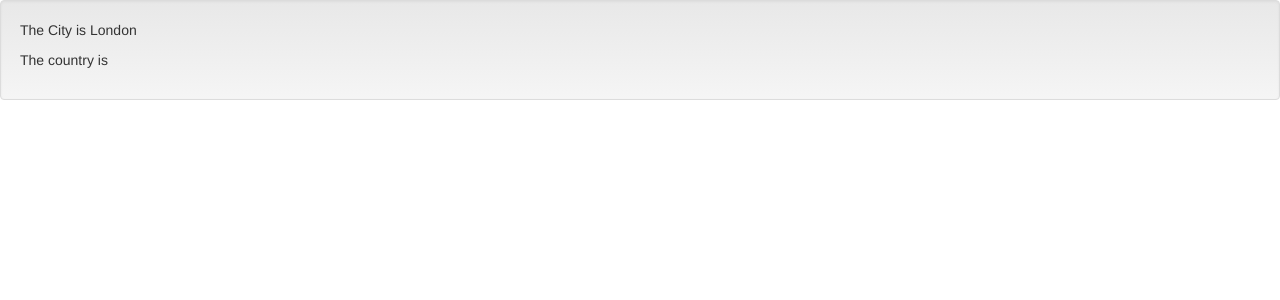
Repository: chisun-joung/workplace
Page: angularJS/WebContent/Chap13_Controller/P370_Controller.html
These files come from the project's save history. The page is drawn as it stood at one moment and after the next save; the edit follows.
The browser window is 1280 px wide. The pictures show the whole page.
Some web libraries are served in a nearby version.

Above is the page before, as saved 2016-11-29 00:18:15.

After the next save:
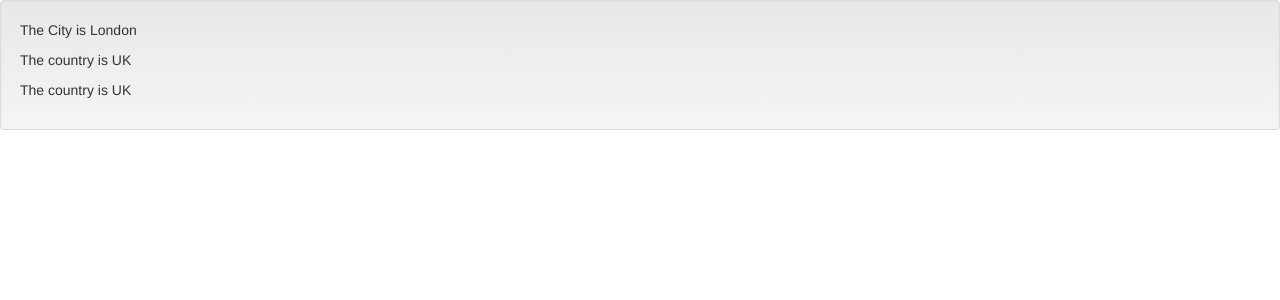
Saved 108 s later.
--- a/angularJS/WebContent/Chap13_Controller/P370_Controller.html
+++ b/angularJS/WebContent/Chap13_Controller/P370_Controller.html
@@ -7,15 +7,23 @@
 	<link href="bootstrap-theme.css" rel="stylesheet" />
 	<script>
 		angular.module("exampleApp", [])
-			.controller('defaultCtrl',['$scope',function($scope){
+			.controller('defaultCtrl', ['$scope',function($scope){
 				$scope.city = 'London';
+				$scope.getCountry = function(city){
+					if(city == 'London'){
+						return 'UK';
+					}else{
+						return 'Unknow';
+					}
+				}
 			}])
 	</script>
 </head>
-<body ng-controller="defaultCtrl">
-	<div class="well">
+<body>
+	<div class="well" ng-controller="defaultCtrl">
 		<p>The City is {{city}}</p>
-		<p>The country is </p>
+		<p>The country is {{getCountry('London')}}</p>
+		<p>The country is {{getCountry(city)}}</p>
 	</div>
 </body>
 </html>
